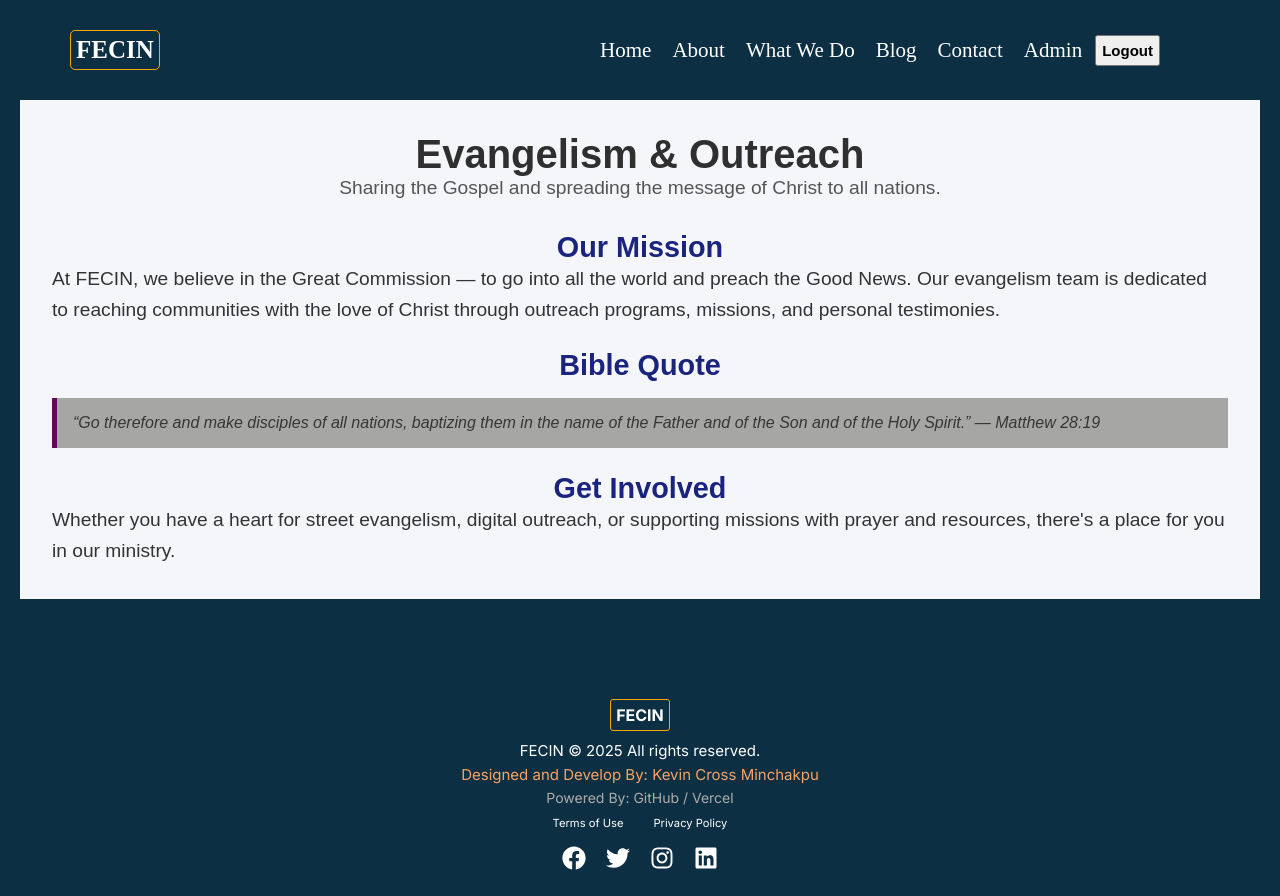
Repository: KCMinchakpu/fecin-projectgs497
Page: /evangelism
The author's editor kept a copy of each file at every save. The page is drawn from the files as they stood at one save, then again after the next save.
The browser window is 1280 px wide. The pictures show the whole page.
The project was rebuilt for these pictures with package versions that can differ from the ones it lists, and the page was loaded fresh each time. The framework's server and built-in components were replaced by stand-ins that run in the browser. Also part of the build but not shown: next.config.mjs.

Above is the page before, as saved 2025-04-06 14:06:53.

### src/app/layout.js
import {Inter} from "next/font/google";
import "./globals.css";
import Navbar from "@/components/navbar/Navbar";
import Footer from "@/components/footer/Footer";

const inter = Inter({ subsets: ["latin"]});

export const metadata = {
  title: "FECIN Bible Translation Project",
  description: "This is the official FECIN Bible Translation Project",
};

export default function RootLayout({ children }) {
  return (
    <html lang="en">
      <body className={inter.className}>
        <div className="container">
        <Navbar />
        {children}
        <Footer />
        </div>
      </body>
    </html>
  );
}

### src/app/evangelism/page.jsx
import styles from './Evangelism.module.css';

export default function EvangelismPage() {
  return (
    <main className={styles.container}>
      <section className={styles.hero}>
        <h1>Evangelism & Outreach</h1>
        <p>Sharing the Gospel and spreading the message of Christ to all nations.</p>
      </section>

      <section className={styles.content}>
        <h2>Our Mission</h2>
        <p>
          At FECIN, we believe in the Great Commission — to go into all the world and preach the Good News.
          Our evangelism team is dedicated to reaching communities with the love of Christ through outreach programs,
          missions, and personal testimonies.
        </p>

        <h2>Bible Quote</h2>
        <blockquote className={styles.quote}>
          “Go therefore and make disciples of all nations, baptizing them in the name of the Father and of the Son
          and of the Holy Spirit.” — Matthew 28:19
        </blockquote>

        <h2>Get Involved</h2>
        <p>
          Whether you have a heart for street evangelism, digital outreach, or supporting missions with prayer and
          resources, there's a place for you in our ministry.
        </p>
      </section>
    </main>
  );
}

### src/app/globals.css
:root {
    --bg: #0c2f43;
    --text: white;
    --bgSoft: #091f2c;
    --textSoft: rgb(237, 232, 232);
    --btn: #de3c21;
    --bgWhite: white;
    --textGray: #444444;
}

/* Box sizing rules */
* {
    box-sizing: border-box;
    margin:0;
    padding: 0;
  }

/* Set core body defaults */
body {
    background-color: var(--bgWhite);
    color: var(--text);
  }

a {
    color: inherit;
    text-decoration: none;
}

.container {
  background-color: var(--bg);
  width: 100%; /* Default for small screens */
  margin: auto;
  padding-left: 20px;
  padding-right: 20px;
  min-height: 120vh;
  display: flex;
  flex-direction: column;
  justify-content: space-between;
}

### src/components/navbar/Navbar.jsx
import React from 'react';
import Link from 'next/link';
import Links from "./links/Links";
import styles from "./navbar.module.css";

const Navbar = () => {
  return (
    <div className={styles.container}>
      <Link href="/" className={styles.logo}>FECIN</Link>
      <div>
        <Links />
      </div>
    </div>
  );
};

export default Navbar;

### src/components/footer/Footer.jsx
import React from 'react';
import styles from './footer.module.css';
import { FaFacebook, FaTwitter, FaInstagram, FaLinkedin } from 'react-icons/fa';

const Footer = () => {
  return (
    <div className={styles.container}>
      <div className={styles.logo}>
        {/* You can add a logo image here if needed */}
        <h2>FECIN</h2>
      </div>
      <div>
        <p className={styles.text}>FECIN © 2025 All rights reserved.</p>
        <p className={styles.author}>
          <a href="https://www.linkedin.com/in/kevin-cross-minchakpu-7897379a" target="_blank">Designed and Develop By: Kevin Cross Minchakpu</a>
          </p>
        <p className={styles.company}>
          <a href="https://octatesystems.github.io/OSNigeria/">Powered By: GitHub / Vercel</a>
          </p>
      </div>
      <div className={styles.links}>
        <a href="/terms" className={styles.link}>Terms of Use</a>
        <a href="/privacy" className={styles.link}>Privacy Policy</a>
      </div>
      <div className={styles.socialIcons}>
        <a href="https://facebook.com" target="_blank" rel="noopener noreferrer" className={styles.icon}>
          <FaFacebook />
        </a>
        <a href="https://twitter.com" target="_blank" rel="noopener noreferrer" className={styles.icon}>
          <FaTwitter />
        </a>
        <a href="https://instagram.com" target="_blank" rel="noopener noreferrer" className={styles.icon}>
          <FaInstagram />
        </a>
        <a href="https://linkedin.com" target="_blank" rel="noopener noreferrer" className={styles.icon}>
          <FaLinkedin />
        </a>
      </div>
    </div>
  );
};

export default Footer;

### src/app/evangelism/Evangelism.module.css
.container {
    padding: 2rem;
    margin: 0 auto;
    font-family: 'Arial', sans-serif;
    background-color: #f4f6fa;
    margin-bottom: 80px;
  }

  .hero {
    text-align: center;
    margin-bottom: 2rem;
  }

  .hero h1 {
    font-size: 2.5rem;
    color: #2e2f2e;
  }

  .hero p {
    font-size: 1.2rem;
    color: #555;
  }

  .content h2 {
    font-size: 1.8rem;
    margin-top: 1.5rem;
    color: #1a237e;
    text-align: center;
  }

  .content p {
    font-size: 1.2rem;
    line-height: 1.6;
    color: #333;
  }

  .quote {
    background-color: #a6a7a4;
    border-left: 5px solid #5f095b;
    padding: 1rem;
    margin: 1rem 0;
    font-style: italic;
    color: #373637;
    font-size: 1rem;
  }

### src/components/navbar/links/Links.jsx
"use client"

import React from "react";
import {useState} from  "react";
import Image from 'next/image';
import NavLink from "../navLink/NavLink";
import styles from "./links.module.css";


const links = [
  { title: "Home", path: "/" },
  { title: "About", path: "/about" },
  { title: "What We Do", path: "/whatwedo" },
  { title: "Blog", path: "/blog" },
  { title: "Contact", path: "/contact" },
];

const Links = () => {
  const [open,setOpen] = useState(false)

  //Temporary
  const session = true
  const isAdmin = true

  return (
    <div className={styles.container}>
    <div className={styles.links}>
      {links.map((link) => (
        <NavLink item={link} key={link.title} />
      ))}
      {session ? (
          <>
          {isAdmin && <NavLink item={{title: "Admin", path: "/admin"}} />}
         <button className={styles.logout}>Logout</button>
         </>
        ) : (
          <NavLink item={{title: "Login", path: "/login"}} />
        )
      }
      </div>
      <Image
      className={styles.menuButton}
      src="/menu.png"
      alt="Hamburger menu"
      width={30}
      height={30} onClick={() => setOpen((prev) => !prev)}
      />

      {open && ( <div className={styles.mobileLinks}>
          {links.map((link) => (
        <NavLink item={link} key={link.title} />
      ))}
    </div>
)}
</div>
  );
};

export default Links;

### src/components/navbar/navbar.module.css
.container {
    height: 100px;
    display: flex;
    align-items: center;
    justify-content: space-between;
}

.logo {
    font-size: 25px;
    font-weight: bold;
    font-family: "Play", serif;
    font-weight: 700;
    font-style: normal;
    border: 1.5px solid orange;
    padding: 5px;
    border-radius: 5px;
    margin-left: 50px;
}

### src/components/footer/footer.module.css
/* Footer Container */
.container {
    background-color: var(--bg);
    color: white;
    display: flex;
    flex-direction: column;
    align-items: center;
    justify-content: space-between;
    padding: 20px;
    text-align: center;
  }

  .logo h2 {
    font-size: 1rem;
    margin-bottom: 10px;
    border: 1px solid orange;
    padding: 5px;
    border-radius: 3px;
  }

  .text {
    margin-bottom: 5px;
    font-size: 15px;

  }
  .author {
    margin-bottom: 5px;
    font-size: 15px;
    color: rgb(250, 162, 99);
  }

  .company {
    margin-bottom: 5px;
    font-size: 14px;
    color: rgb(174, 172, 170);
  }

  .author:hover {
    text-decoration: underline;
  }

  .company:hover {
    text-decoration: underline;
  }

  .links {
    margin-bottom: 15px;
  }

  .link {
    color: white;
    margin: 0 15px;
    text-decoration: none;
    font-size: 0.7rem;
  }

  .link:hover {
    text-decoration: underline;
  }

  .socialIcons {
    display: flex;
    justify-content: center;
    gap: 20px;
  }

  .icon {
    font-size: 1.5rem;
    color: white;
    transition: color 0.3s ease;
  }

  .icon:hover {
    color: #0070f3;
  }


  @media (min-width: 768px) {
    .container {
      flex-direction: column;
      align-items: center;
      justify-content: space-around;
    }
  }

### src/components/navbar/navLink/navLink.jsx
"use client";

import React from "react";
import Link from "next/link";
import { usePathname } from "next/navigation";
import styles from "./navLink.module.css";

const NavLink = ({ item }) => {
  const pathName = usePathname();
  return (
    <Link
      href={item.path}
      className={`${styles.container} ${
        pathName === item.path ? styles.active : ""
      }`}
    >
      {item.title}
    </Link>
  );
};

export default NavLink;

### src/components/navbar/links/links.module.css
.links {
    display: flex;
    align-items: center;
    gap: 5px;
    font-family: "Play", serif;
    font-style: normal;
    margin-right: 100px;
    font-size: 21px;
}

.logout {
    padding: 5px;
    cursor: pointer;
    font-weight: bold;
    font-size: 15px;
}

.menuButton,
.mobileLinks {
   display: none;
  }

  @media (max-width: 480px){
    .links {
        display: none;
    }

    .menuButton {
        display: block;
        cursor: pointer;
      }

    .mobileLinks {
        position: absolute;
        top: 100px;
        right: 0;
        width: 50%;
        height: calc(100vh-100px);
        /*background-color: var(--bg);*/
       background-color: brown;
        display: flex;
        flex-direction: column;
        align-items: center;
        justify-content: center;
        gap: 10px;
      }
  }

### src/components/navbar/navLink/navLink.module.css
.container {
    padding: 8px;
    text-align: center;


}

.active {
    background-color: var(--text);
    color: var(--btn);
}

After the next save:
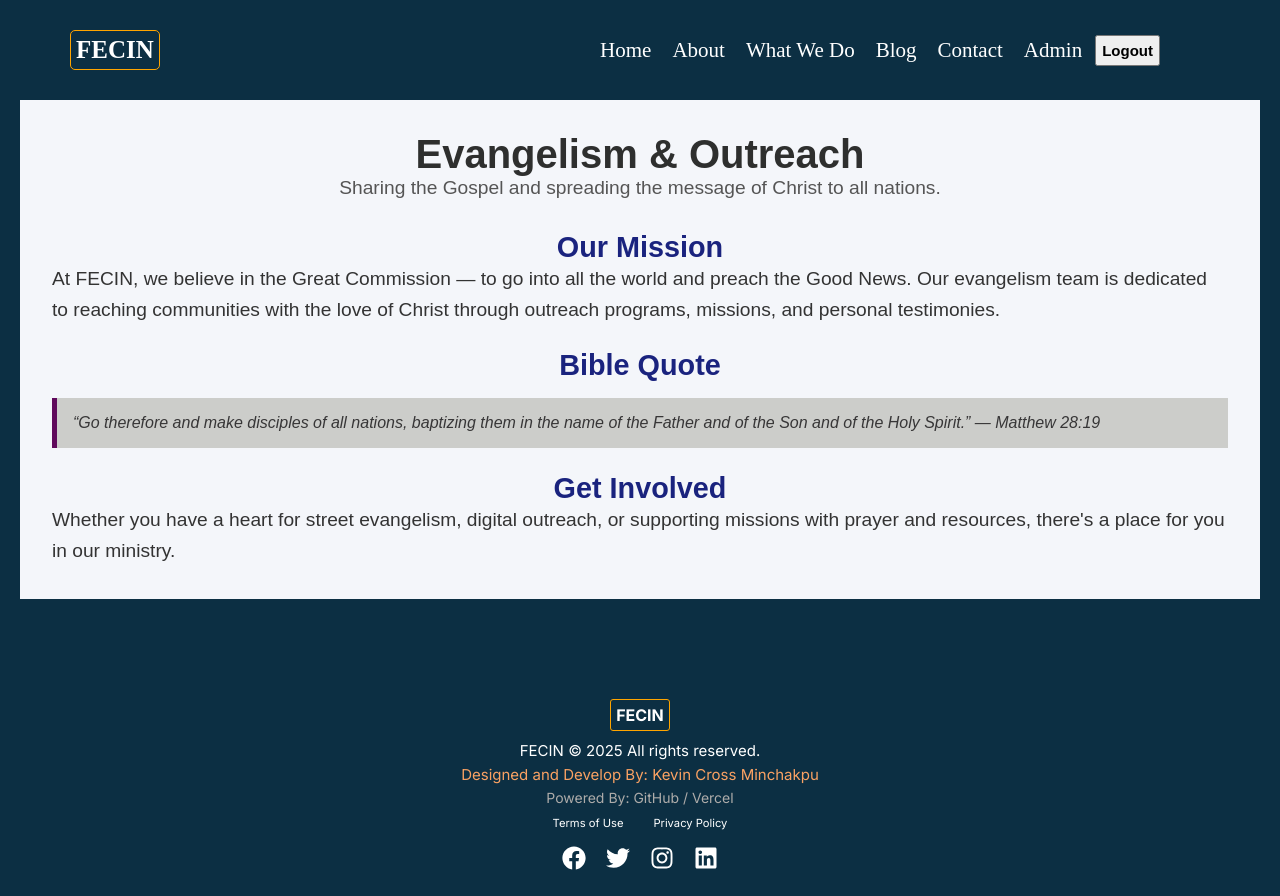
Saved 16 s later.
--- a/src/app/evangelism/Evangelism.module.css
+++ b/src/app/evangelism/Evangelism.module.css
@@ -35,7 +35,7 @@
   }
 
   .quote {
-    background-color: #a6a7a4;
+    background-color: #cccdca;
     border-left: 5px solid #5f095b;
     padding: 1rem;
     margin: 1rem 0;
